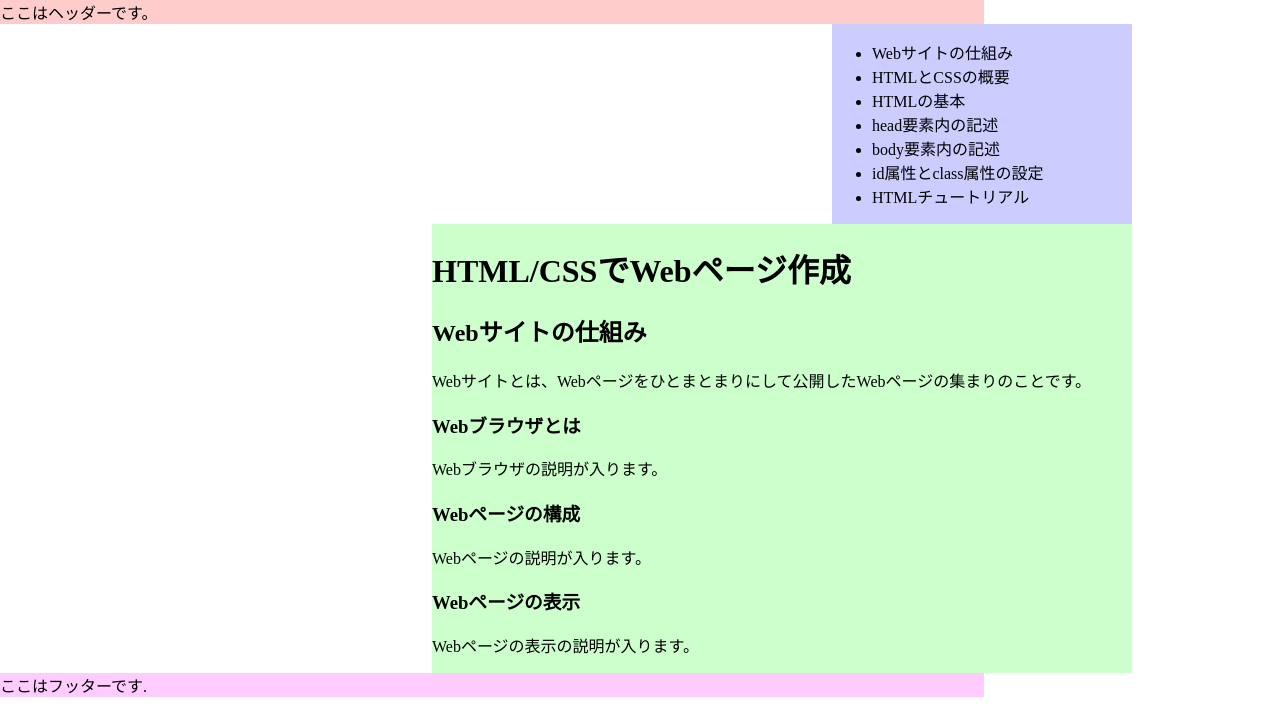
Repository: yoshimasa-ishihara/first-git
Page: kadai-html-css/kadai-html.html
The author's editor kept a record of every edit. The page is drawn from the files as they stood at one moment, then again after the next edit.
The browser window is 1280 px wide. The pictures show the whole page.

Above is the page before.

### kadai-html-css/kadai-html.html
<!DOCTYPE html>
<html lang="ja">
    <head>
        <meta charset="UTF-8">
        <title>HTML/CSSでWebページ作成</title>
        <link rel="stylesheet" href="kadai-css.css">
    </head>
    <body>
        <header>
         ここはヘッダーです。
        </header>
        <div id="wrapper" class="clearfix">
            <nav id="menu">
             <ul>
              <li>Webサイトの仕組み</li>
              <li>HTMLとCSSの概要</li>
              <li>HTMLの基本</li>
              <li>head要素内の記述</li>
              <li>body要素内の記述</li>
              <li>id属性とclass属性の設定</li>
              <li>HTMLチュートリアル</li>
             </ul>
            </nav>
            <div id="main">
             <h1>HTML/CSSでWebページ作成</h1>
             <h2>Webサイトの仕組み</h2>
             <p>Webサイトとは、Webページをひとまとまりにして公開したWebページの集まりのことです。 </p>
             <h3>Webブラウザとは</h3>
             <p>Webブラウザの説明が入ります。</p>
             <h3>Webページの構成</h3>
             <p>Webページの説明が入ります。</p>
             <h3>Webページの表示</h3>
             <p>Webページの表示の説明が入ります。</p>

            </div>
        </div>
        <footer>
          ここはフッターです.
        </footer>
    </body>
</html>

### kadai-html-css/kadai-css.css
@charset "UTF=8";

body{
    margin:0;
    padding:0;
    color:black;
}
#wrapper{
    width:984px;
    margin:0 auto;
}
#menu{
    width:300px;
    float:right;
    background-color:#ccccff;
}
#main{
    width:700px;
    float:right;
    background-color:#ccffcc;
}
.clearfix::after{
    content:'';
    display:block;
    clear:both;
}
header{
    width:984px;
    margin:0;
    background-color:#ffcccc;
}
footer{
    width:984px;
    margin:0;
    background-color:#ffccff;
}

After the next edit:
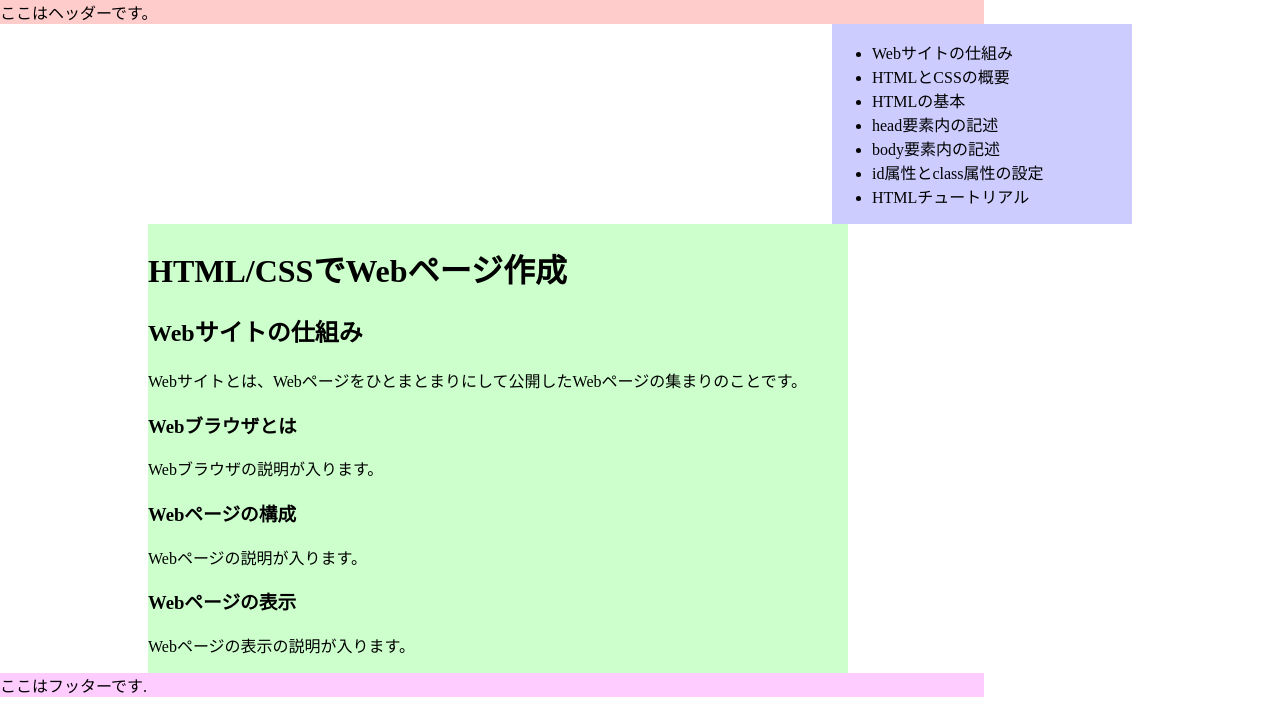
The edit:
--- a/kadai-html-css/kadai-css.css
+++ b/kadai-html-css/kadai-css.css
@@ -16,7 +16,7 @@
 }
 #main{
     width:700px;
-    float:right;
+    float:left;
     background-color:#ccffcc;
 }
 .clearfix::after{
